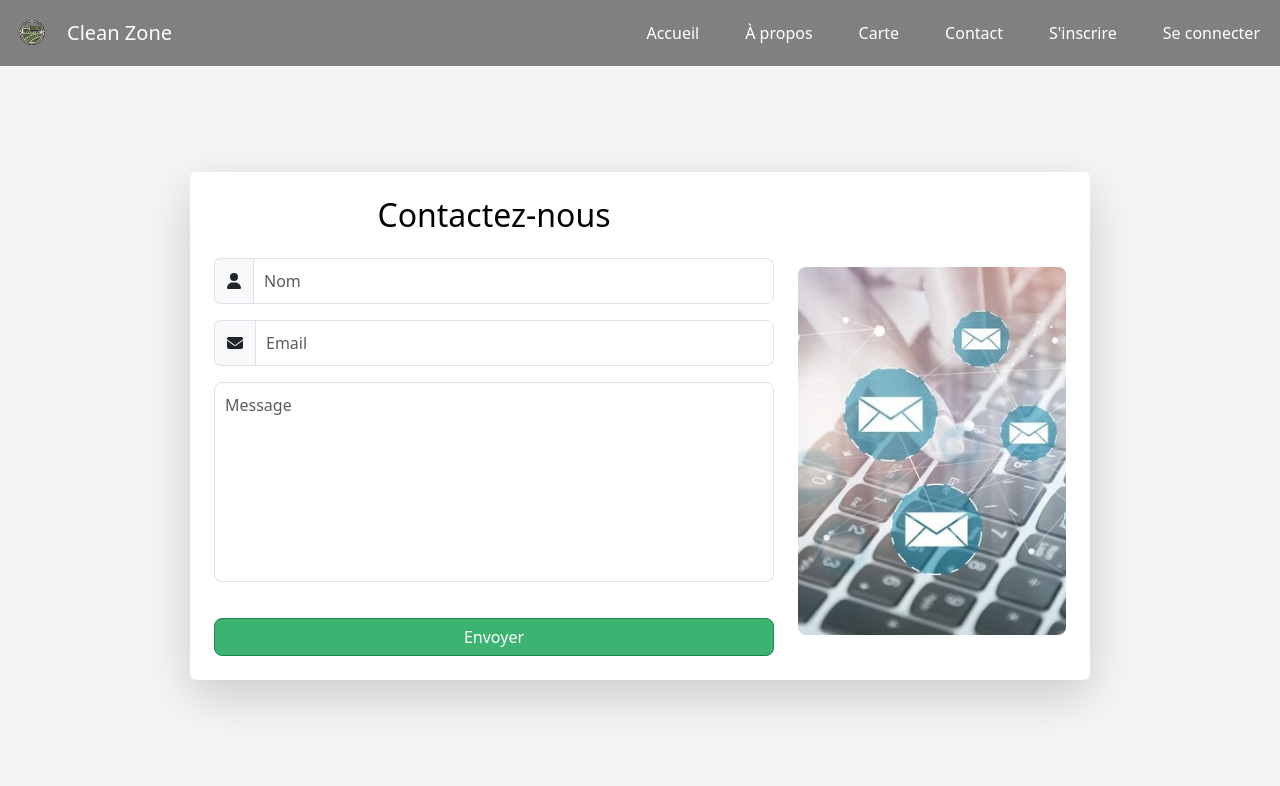
Repository: SystemInfoGeo/QGISproject
Page: /contact (app in NEXT/)
An editor plug-in stored every save of this project. The page is shown before and after the next save, followed by the edit.
The browser window is 1280 px wide. The pictures show the whole page.
The project was rebuilt for these pictures with package versions that can differ from the ones it lists, and the page was loaded fresh each time. The framework's server and built-in components were replaced by stand-ins that run in the browser. Also part of the build but not shown: NEXT/next.config.mjs.

Above is the page before, as saved 2024-09-16 23:40:58.

### NEXT/pages/_app.js
// pages/_app.js
import { AuthProvider } from '../context/AuthContext';
import 'bootstrap/dist/css/bootstrap.min.css'; // Import Bootstrap CSS ici

function MyApp({ Component, pageProps }) {
  return (
    <AuthProvider>
      <Component {...pageProps} />
    </AuthProvider>
  );
}

export default MyApp;

### NEXT/pages/contact.js
import { useState } from 'react';
import axios from 'axios';
import 'bootstrap/dist/css/bootstrap.min.css'; // Importer Bootstrap pour le style
import { useRouter } from 'next/router'; // Importer useRouter pour détecter la route actuelle
import Navbar from '../components/Navbar';
import { FontAwesomeIcon } from '@fortawesome/react-fontawesome';
import { faEnvelope, faUser } from '@fortawesome/free-solid-svg-icons'; // Importer les icônes nécessaires
import '../styles/Contact.css'; // Importer le fichier CSS externe

const Contact = () => {
  const [name, setName] = useState('');
  const [email, setEmail] = useState('');
  const [message, setMessage] = useState('');
  const [loading, setLoading] = useState(false);
  const [error, setError] = useState('');
  const [success, setSuccess] = useState('');

  const router = useRouter(); // Utiliser useRouter pour obtenir la route actuelle

  const handleSubmit = async (e) => {
    e.preventDefault();
    setError('');
    setSuccess('');
    setLoading(true);

    try {
      const response = await axios.post(`http://127.0.0.1:5000/messages`, {
        name,
        email,
        message,
      });

      if (response.status === 200) {
        setSuccess('Votre message a été envoyé avec succès.');
        setName('');
        setEmail('');
        setMessage('');
      } else {
        setError('Une erreur est survenue. Veuillez réessayer.');
      }
    } catch (error) {
      setError("Erreur lors de l'envoi du message. Veuillez vérifier votre connexion.");
    } finally {
      setLoading(false);
    }
  };

  return (
    <>
      <Navbar /> {/* Inclusion de la Navbar */}

      {/* Style personnalisé pour la page Contact */}
      <div className="contact-container d-flex justify-content-center align-items-center vh-100">
        <div className="contact-form shadow-lg p-4 rounded">
          <div className="row">
            {/* Formulaire à gauche */}
            <div className="col-md-8">
              <h2 className="mb-4 text-center">Contactez-nous</h2>
              <form onSubmit={handleSubmit}>
                {/* Champ Nom avec icône */}
                <div className="mb-3 input-group">
                  <span className="input-group-text">
                    <FontAwesomeIcon icon={faUser} /> {/* Icône de l'utilisateur */}
                  </span>
                  <input
                    type="text"
                    className="form-control"
                    id="name"
                    placeholder="Nom"
                    value={name}
                    onChange={(e) => setName(e.target.value)}
                    required
                  />
                </div>

                {/* Champ Email avec icône */}
                <div className="mb-3 input-group">
                  <span className="input-group-text">
                    <FontAwesomeIcon icon={faEnvelope} /> {/* Icône de l'enveloppe */}
                  </span>
                  <input
                    type="email"
                    className="form-control"
                    id="email"
                    placeholder="Email"
                    value={email}
                    onChange={(e) => setEmail(e.target.value)}
                    required
                  />
                </div>

                {/* Champ Message */}
                <div className="mb-3">
                  {/* Le mot "Message" est maintenant un placeholder */}
                  <textarea
                    className="form-control"
                    id="message"
                    rows={4}
                    placeholder="Message"
                    value={message}
                    onChange={(e) => setMessage(e.target.value)}
                    required
                  ></textarea>
                </div>

                <button type="submit" className="btn btn-success w-100" disabled={loading}>
                  {loading ? 'Envoi en cours...' : 'Envoyer'}
                </button>
                {error && <p className="text-danger mt-3">{error}</p>}
                {success && <p className="text-success mt-3">{success}</p>}
              </form>
            </div>

            {/* Image à droite */}
            <div className="col-md-4 d-flex flex-column align-items-center justify-content-center">
              <img src="/images/contact-illustration.png" alt="Contact Illustration" />
            </div>
          </div>
        </div>
      </div>
    </>
  );
};

export default Contact;

### NEXT/context/AuthContext.js
import { createContext, useContext, useState, useEffect } from 'react';
import { Spinner } from 'react-bootstrap';
import jwt_decode from 'jwt-decode';

// Créez le contexte
const AuthContext = createContext();

// Créez un hook pour utiliser le contexte facilement
export const useAuth = () => useContext(AuthContext);

// Créer un fournisseur pour encapsuler l'état de connexion global
export const AuthProvider = ({ children }) => {
  const [loggedIn, setLoggedIn] = useState(false);
  const [loading, setLoading] = useState(true);  // Indicateur de chargement
  const [user, setUser] = useState(null);        // Stockage des informations utilisateur

  // Fonction pour vérifier la validité du token
  const isTokenValid = (token) => {
    try {
      const decodedToken = jwt_decode(token);  // Décodage du token JWT
      const currentTime = Date.now() / 1000;  // Temps actuel en secondes
      if (decodedToken.exp > currentTime) {
        return true;  // Le token est valide
      } else {
        console.warn("Le token a expiré.");
        return false;  // Le token est expiré
      }
    } catch (error) {
      console.error("Erreur lors du décodage du token:", error);
      return false;  // Le token est invalide
    }
  };

  // Vérification de la connexion au démarrage
  useEffect(() => {
    const token = localStorage.getItem('token');
    const userInfo = localStorage.getItem('user');

    // Vérification de la présence des données
    if (token && userInfo) {
      try {
        // Vérifier si le token est valide
        if (isTokenValid(token)) {
          setLoggedIn(true);

          // Essayer de parser les informations utilisateur
          try {
            const parsedUser = JSON.parse(userInfo);  // Charger les informations utilisateur
            setUser(parsedUser);
          } catch (error) {
            console.error("Erreur lors du parsing des informations utilisateur:", error);
            localStorage.removeItem('user');  // Supprimer les données corrompues
            setUser(null);
            setLoggedIn(false);
          }
        } else {
          // Le token est expiré ou invalide
          localStorage.removeItem('token');
          localStorage.removeItem('user');
          setLoggedIn(false);
        }
      } catch (error) {
        console.error("Erreur lors du traitement de la connexion:", error);
        setLoggedIn(false);
      }
    } else {
      // Si le token ou les infos utilisateur sont manquants
      console.warn("Aucun token ou informations utilisateur trouvés.");
      setLoggedIn(false);
    }

    setLoading(false);  // Fin du chargement
  }, []);

  // Fonction de connexion
  const login = (token, userInfo) => {
    if (token && userInfo) {
      localStorage.setItem('token', token);
      localStorage.setItem('user', JSON.stringify(userInfo));  // Enregistrer les informations utilisateur
      setUser(userInfo);
      setLoggedIn(true);
    } else {
      console.error("Le token ou les informations utilisateur sont manquants.");
    }
  };

  // Fonction de déconnexion
  const logout = () => {
    localStorage.removeItem('token');
    localStorage.removeItem('user');
    setUser(null);  // Réinitialiser les informations utilisateur
    setLoggedIn(false);
  };

  return (
    <AuthContext.Provider value={{ loggedIn, login, logout, loading, user }}>
      {loading ? <Spinner animation="border" role="status" /> : children} {/* Afficher un spinner si en chargement */}
    </AuthContext.Provider>
  );
};

### NEXT/components/Navbar.js
import Link from 'next/link';
import { useAuth } from '../context/AuthContext'; // Importer le hook useAuth
import 'bootstrap/dist/css/bootstrap.min.css';
import { useEffect, useState } from 'react';

export default function Navbar() {
  const { loggedIn } = useAuth(); // Utiliser le hook pour accéder à l'état de connexion
  const [userRole, setUserRole] = useState(null); // Stocker le rôle de l'utilisateur

  // Vérification du rôle de l'utilisateur lors du chargement de la page
  useEffect(() => {
    const role = localStorage.getItem('role'); // Récupérer le rôle depuis localStorage
    if (role) {
      setUserRole(role); // Mettre à jour le rôle de l'utilisateur dans le state
      console.log('Rôle de l’utilisateur:', role); // Afficher le rôle dans la console pour déboguer
    } else {
      console.log('Aucun rôle trouvé dans le localStorage');
    }
  }, []);

  return (
    <nav className="navbar navbar-expand-lg" style={{ backgroundColor: '#808080' }}>
      <div className="container-fluid">
        <a className="navbar-brand" href="/" style={{ color: 'white', display: 'flex', alignItems: 'center' }}>
          <img src="/images/logo.jpg" alt="Logo" style={{ width: '40px', height: '40px', marginRight: '15px' }} />
          Clean Zone
        </a>
        <button className="navbar-toggler" type="button" data-bs-toggle="collapse" data-bs-target="#navbarNav" aria-controls="navbarNav" aria-expanded="false" aria-label="Toggle navigation">
          <span className="navbar-toggler-icon"></span>
        </button>
        <div className="collapse navbar-collapse" id="navbarNav">
          <ul className="navbar-nav ms-auto">
            <li className="nav-item">
              <Link href="/" legacyBehavior>
                <a className="nav-link" style={{ color: 'white', marginRight: '30px' }}>Accueil</a>
              </Link>
            </li>

            <li className="nav-item">
              <Link href="/apropos" legacyBehavior>
                 <a className="nav-link" style={{ color: 'white', marginRight: '30px' }}>À propos</a>
              </Link>
            </li>

            <li className="nav-item">
              <Link href="/CARTE" legacyBehavior>
                <a className="nav-link" style={{ color: 'white', marginRight: '30px' }}>Carte</a>
              </Link>
            </li>
            <li className="nav-item">
              <Link href="/contact" legacyBehavior>
                <a className="nav-link" style={{ color: 'white', marginRight: '30px' }}>Contact</a>
              </Link>
            </li>

            {/* Affichage conditionnel basé sur l'état de connexion et le rôle */}
            {loggedIn ? (
              <li className="nav-item">
                {/* Si l'utilisateur est admin, rediriger vers le profil admin, sinon vers le profil utilisateur */}
                {userRole === 'admin' ? (
                  <Link href="/admin/profile" legacyBehavior>
                    <a className="nav-link" style={{ color: 'white', marginRight: '30px' }}>
                      Profil Admin
                    </a>
                  </Link>
                ) : (
                  <Link href="/user/profile" legacyBehavior>
                    <a className="nav-link" style={{ color: 'white', marginRight: '30px' }}>
                      Profil
                    </a>
                  </Link>
                )}
              </li>
            ) : (
              <>
                <li className="nav-item">
                  <Link href="/signup" legacyBehavior>
                    <a className="nav-link" style={{ color: 'white', marginRight: '30px' }}>S'inscrire</a>
                  </Link>
                </li>
                <li className="nav-item">
                  <Link href="/login" legacyBehavior>
                    <a className="nav-link" style={{ color: 'white' }}>Se connecter</a>
                  </Link>
                </li>
              </>
            )}
          </ul>
        </div>
      </div>
    </nav>
  );
}

### NEXT/styles/Contact.css
.contact-container {
    background-color: #f5f5f5;
    padding: 20px;
  }

  .contact-form {
    background-color: #ffffff; /* Blanc */
    color: #000000; /* Texte noir pour une bonne lisibilité sur fond blanc */
    max-width: 900px;
    width: 100%;
    margin: auto;
    padding: 20px; /* Ajoutez du padding si nécessaire */
    border-radius: 8px; /* Facultatif, pour garder les bords arrondis */
  }

  .contact-form .form-control {
    background-color: #ffffff;
    border-radius: 8px;
    padding: 10px;
  }

  .contact-form .btn-success {
    color: white;
    background-color: #3cb371;
    border-radius: 8px;
  }
  .contact-form img {
    width: 100%;
    height: 80%; /* L'image prendra la hauteur totale du conteneur */
    object-fit: cover;
    border-radius: 8px;
    margin-top: 50px;
  }
  .contact-form .col-md-4 {
    max-width: 100%;
    overflow: hidden;
  }

  .contact-form .col-md-4 {
    min-height: 400px; /* Ajustez cette valeur selon vos préférences */
  }
  .contact-form button {
    margin-top: 20px; /* Ajustez la valeur selon vos préférences */
  }
  textarea {
    resize: none; /* Désactive le redimensionnement */
    width: 100%;  /* Optionnel : assure que le textarea prend toute la largeur disponible */
    height: 200px; /* Définir une hauteur fixe si vous le souhaitez */
  }


  /* Style pour les petites écrans (mobile) */
  @media (max-width: 768px) {
    .contact-container {
      padding: 10px;
    }

    .contact-form {
      padding: 20px;
    }

    .contact-form .row {
      flex-direction: column;
    }

    .contact-form .col-md-8,
    .contact-form .col-md-4 {
      width: 100%;
      margin-bottom: 20px;
    }

    .contact-form img {
      width: 100%;
      height: auto;
      border-radius: 8px;
    }
  }

After the next save:
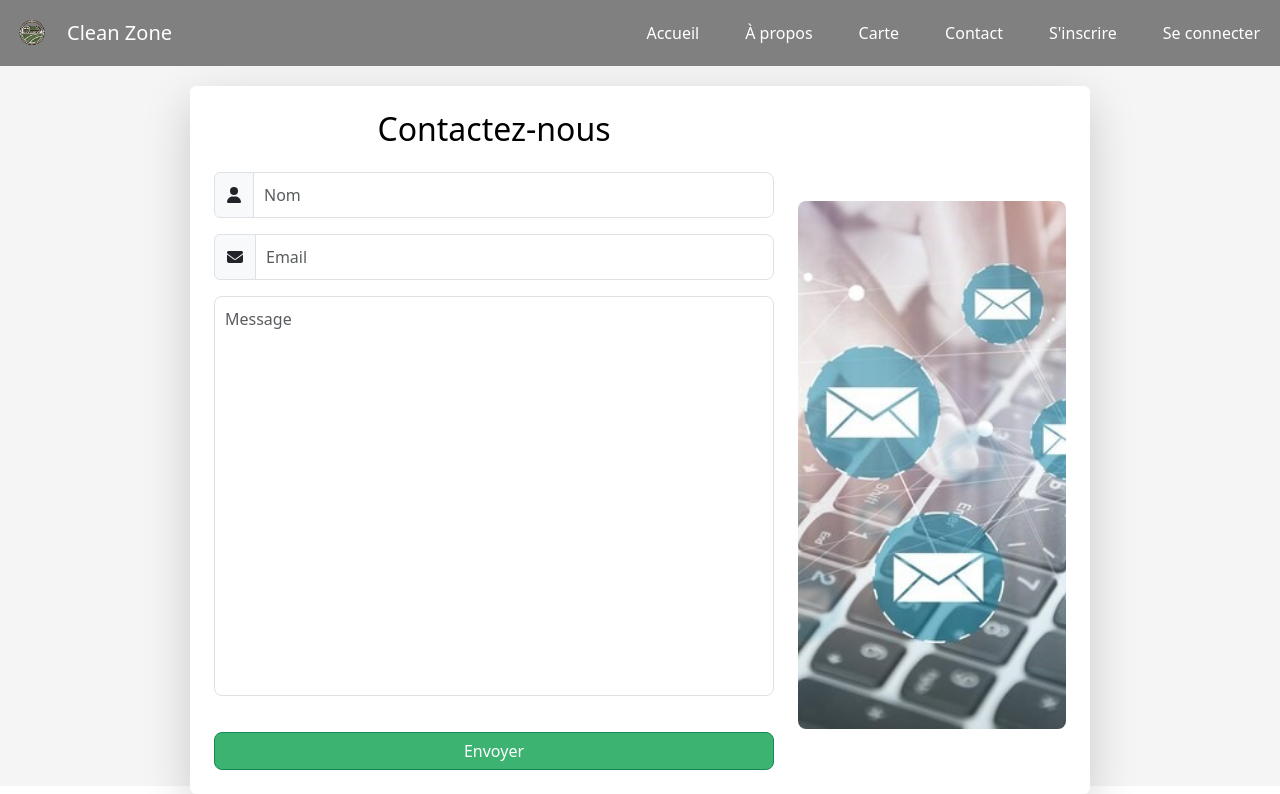
Saved 41 s later.
--- a/NEXT/styles/Contact.css
+++ b/NEXT/styles/Contact.css
@@ -45,7 +45,7 @@
   textarea {
     resize: none; /* Désactive le redimensionnement */
     width: 100%;  /* Optionnel : assure que le textarea prend toute la largeur disponible */
-    height: 200px; /* Définir une hauteur fixe si vous le souhaitez */
+    height: 400px; /* Définir une hauteur fixe si vous le souhaitez */
   }
 
 

After the save that followed:
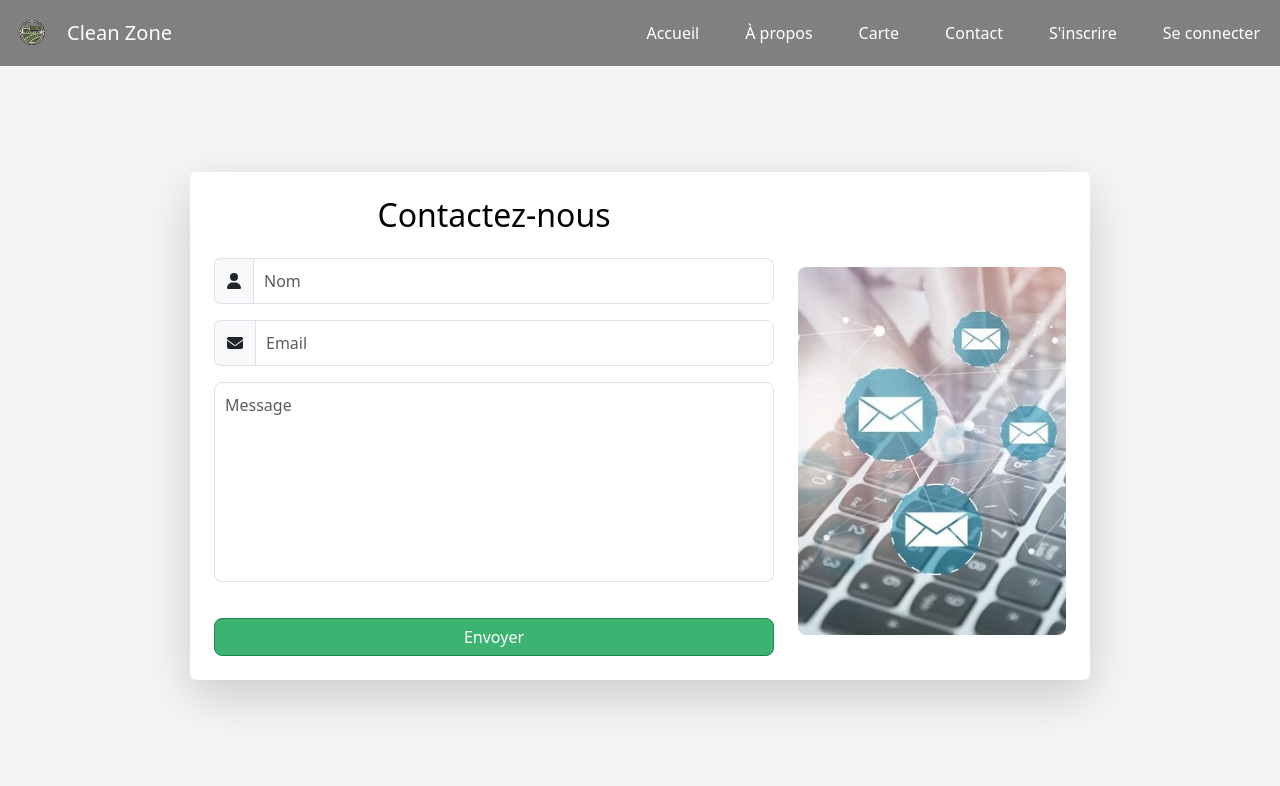
Saved 20 s later.
--- a/NEXT/styles/Contact.css
+++ b/NEXT/styles/Contact.css
@@ -45,7 +45,7 @@
   textarea {
     resize: none; /* Désactive le redimensionnement */
     width: 100%;  /* Optionnel : assure que le textarea prend toute la largeur disponible */
-    height: 400px; /* Définir une hauteur fixe si vous le souhaitez */
+    height: 200px; /* Définir une hauteur fixe si vous le souhaitez */
   }
 
 
